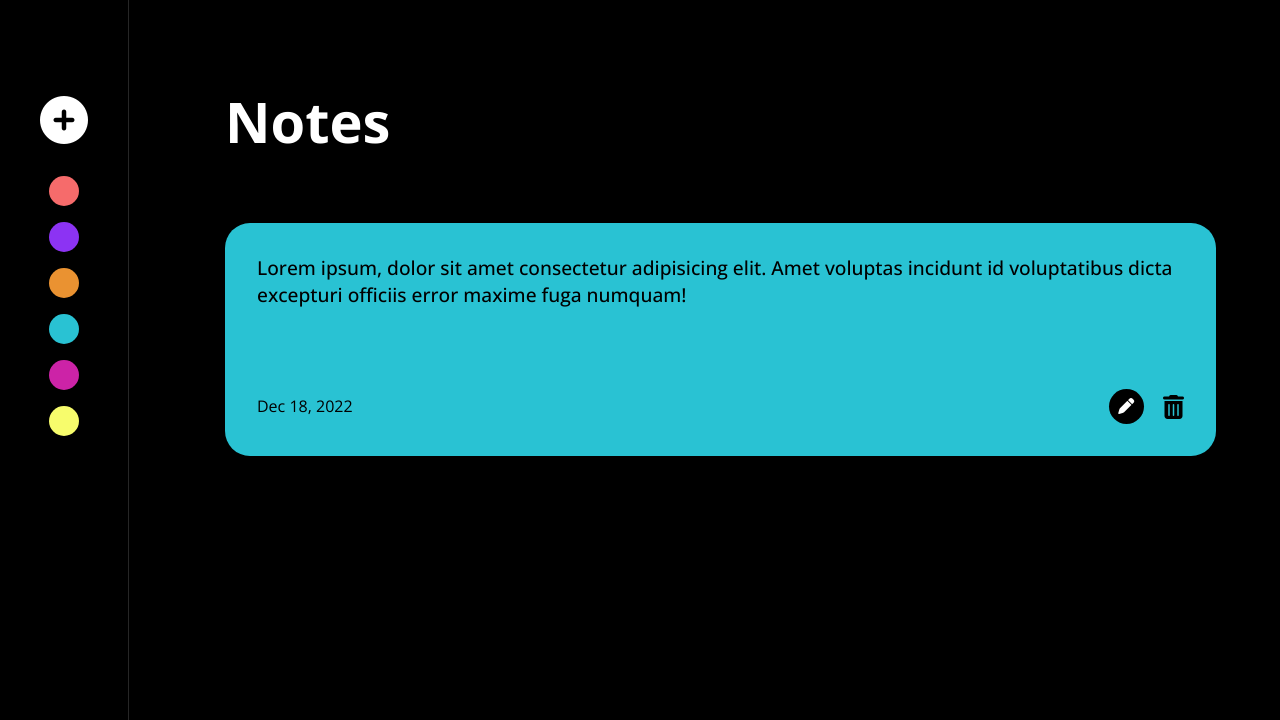
Repository: emiliaiwu/notes_app
Page: index.html
An editor plug-in stored every save of this project. The page is shown before and after the next save, followed by the edit.
The browser window is 1280 px wide. The pictures show the whole page.
Some web libraries are served in a nearby version.

Above is the page before, as saved 2022-12-19 23:52:48.

### index.html
<!DOCTYPE html>
<html lang="en">
<head>
    <meta charset="UTF-8">
    <meta http-equiv="X-UA-Compatible" content="IE=edge">
    <meta name="viewport" content="width=device-width, initial-scale=1.0">
    <script src="https://kit.fontawesome.com/fd9c36575f.js" crossorigin="anonymous"></script>
    <link rel="stylesheet" href="style.css">
    <title>Notes App</title>
</head>
<body>
    <div class="container">
        <div class="add">
            <div class="add_card"><i class="fa-solid fa-circle-plus"></i></div>
            <ul class="card_colors">
                <li class="card_color c1"></li>
                <li class="card_color c2"></li>
                <li class="card_color c3"></li>
                <li class="card_color c4"></li>
                <li class="card_color c5"></li>
                <li class="card_color c6"></li>
            </ul>
        </div>
        <div class="cards_container">
            <h1>Notes</h1>
            <div class="cards">

                <div class="card">
                    <p class="text">
                        Lorem ipsum, dolor sit amet consectetur adipisicing elit. Amet voluptas incidunt id voluptatibus dicta excepturi officiis error maxime fuga numquam!
                    </p>
                    <div class="footer close">
                        <div class="date">Dec 18, 2022</div>
                        <div class="edit_delete">
                           <div class="edit"><i class="fa-solid fa-pen"></i></div>
                           <div class="delete"><i class="fa-solid fa-trash-can"></i></div>
                        </div>
                    </div>
                    <div class="footer open">
                        <ul class="edit_settings">
                            <li class="bold"><i class="fa-solid fa-bold"></i></li>
                            <li class="italic"><i class="fa-solid fa-italic"></i></li>
                            <li class="underline"><i class="fa-solid fa-underline"></i></li>
                            <li class="strikethrough"><i class="fa-solid fa-strikethrough"></i></li>
                            <li class="toggleBtn"><i class="fa-solid fa-list-ul"></i></li>
                            <li class="add_image"><i class="fa-solid fa-image"></i></li>
                        </ul>
                    </div>
                </div>




            </div>
        </div>




    </div>

</body>
</html>

### style.css
@import url('https://fonts.googleapis.com/css2?family=Open+Sans:wght@300;400;500;700&display=swap');


* {
    margin: 0;
    padding: 0;
    box-sizing: border-box;
    list-style-type: none;

}

body {
    font-family: 'Open Sans', sans-serif;
    width: 100vw;
    height: 100vh;
    background-color: #000;
    color: #fff;

}

h1 {
    font-size: 3.5rem;
    margin-bottom: 4rem;
    color: #fff;
}

.container {
    display: flex;
    width: 100%;
    height: 100%;
    gap: 2rem;
}

.add {
    border-right: 1px solid rgba(255, 255, 255, 0.15);
    min-height: 100vh;
    display: flex;
    flex-direction: column;
    align-items: center;
    padding: 6rem 2.5rem;

}

.card_color {
    width: 30px;
    height: 30px;
    border-radius: 50%;
    margin-bottom: 1rem;

}

.fa-circle-plus {
    font-size: 3rem;
    margin-bottom: 2rem;
}

.c1 {
    background-color: #F66B6B;
}

.c2 {
    background-color: #8C33F3;
}

.c3 {
    background-color: #EA9231;
}

.c4 {
    background-color: #29C2D3;
}

.c5 {
    background-color: #CC23A7;
}

.c6 {
    background-color: #F7FC6C;
}






/* CARDS CONTAINER */

.cards_container {
    padding: 5.2rem 4rem;
    height: 100%;
    overflow-y: scroll;
    width: 100%;
    color: #000;
}

.cards {
    display: grid;
    /* grid-template-columns: repeat(auto-fit, minmax(19rem, 1fr)); */
    grid-template-columns: repeat(3, 1);
    gap: 2.5rem;
}

.card {
    display: flex;
    flex-direction: column;
    justify-content: space-between;
    background-color: #29C2D3;
    padding: 2rem 2rem 1rem 2rem;
    border-radius: 25px;
}

.close,
.edit_settings {
    display: flex;
    justify-content: space-between;

}

.text {
    margin-bottom: 5rem;
    font-size: 1.2rem;
    font-weight: 500;
    line-height: 1.4;
}




.edit_delete,
.edit {
    display: flex;
    align-items: center;
}

.edit_delete {
    gap: 1.2rem;
    justify-content: space-between;
}

.edit {
    background-color: #000;
    width: 35px;
    height: 35px;
    border-radius: 50%;
    color: #fff;
    justify-content: center;
}

.delete {
    font-size: 1.5rem;
}

/* .fa-trash-can {
    margin-left: 1rem;
} */






.edit_settings {
    border-top: 1px solid rgba(0, 0, 0, 0.178);;
    width: 100%;
    padding: 1rem;
}

ul li i {
    font-size: 1.2rem;
}












/* OPEN AND CLOSE FUNCTIONALITY */

.open {
    display: none;

}

.close {
    padding-bottom: 1rem;
    align-items: center;
}

After the next save:
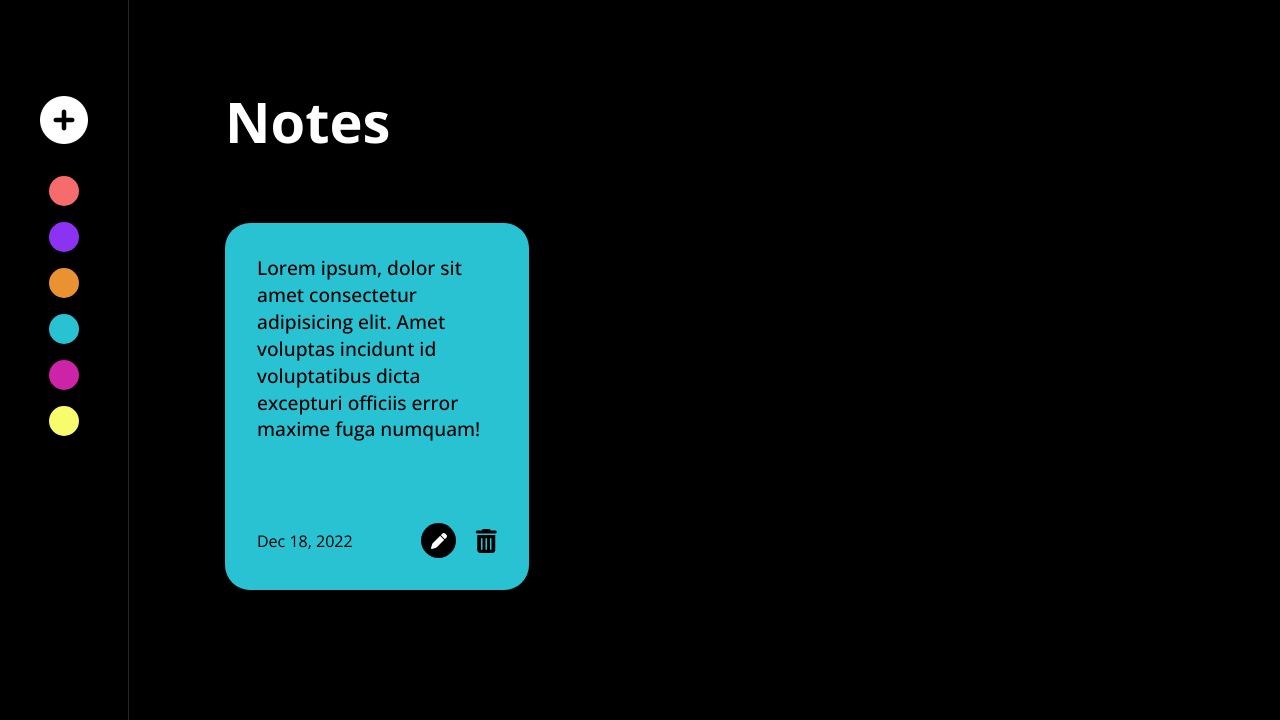
Saved 4 s later.
--- a/style.css
+++ b/style.css
@@ -96,7 +96,7 @@ h1 {
 .cards {
     display: grid;
     /* grid-template-columns: repeat(auto-fit, minmax(19rem, 1fr)); */
-    grid-template-columns: repeat(3, 1);
+    grid-template-columns: repeat(3, 1fr);
     gap: 2.5rem;
 }
 
